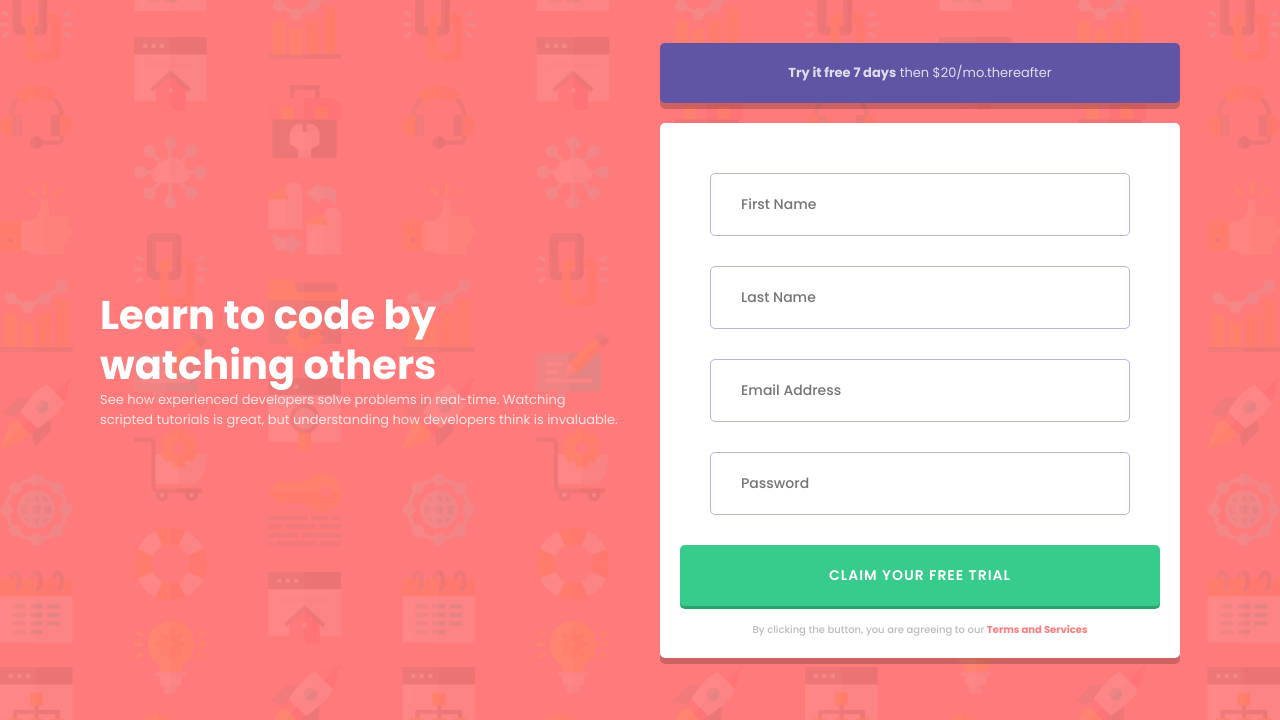
Repository: Akashiii1/WebSignup_Form_Day2
Page: index.html
These files come from the project's save history. The page is drawn as it stood at one moment and after the next save; the edit follows.
The browser window is 1280 px wide. The pictures show the whole page.

Above is the page before, as saved 2021-12-19 18:11:36.

After the next save:
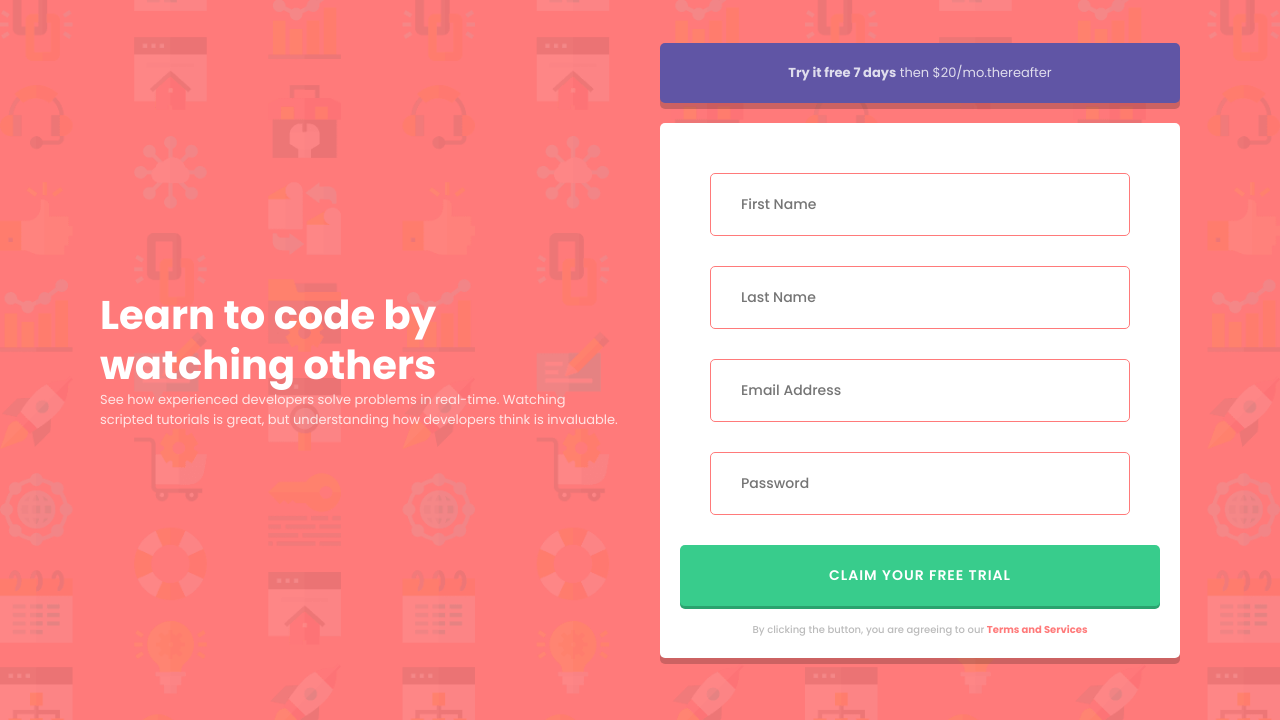
Saved 27 s later.
--- a/style.css
+++ b/style.css
@@ -152,6 +152,9 @@
   font-weight: 500;
   right: 0;
 }
+.form-control input{
+  border-color:  hsl(0, 100%, 74%) ;
+}
 @media (max-width:768px){
   h1,p{
     text-align: center;

After the save that followed:
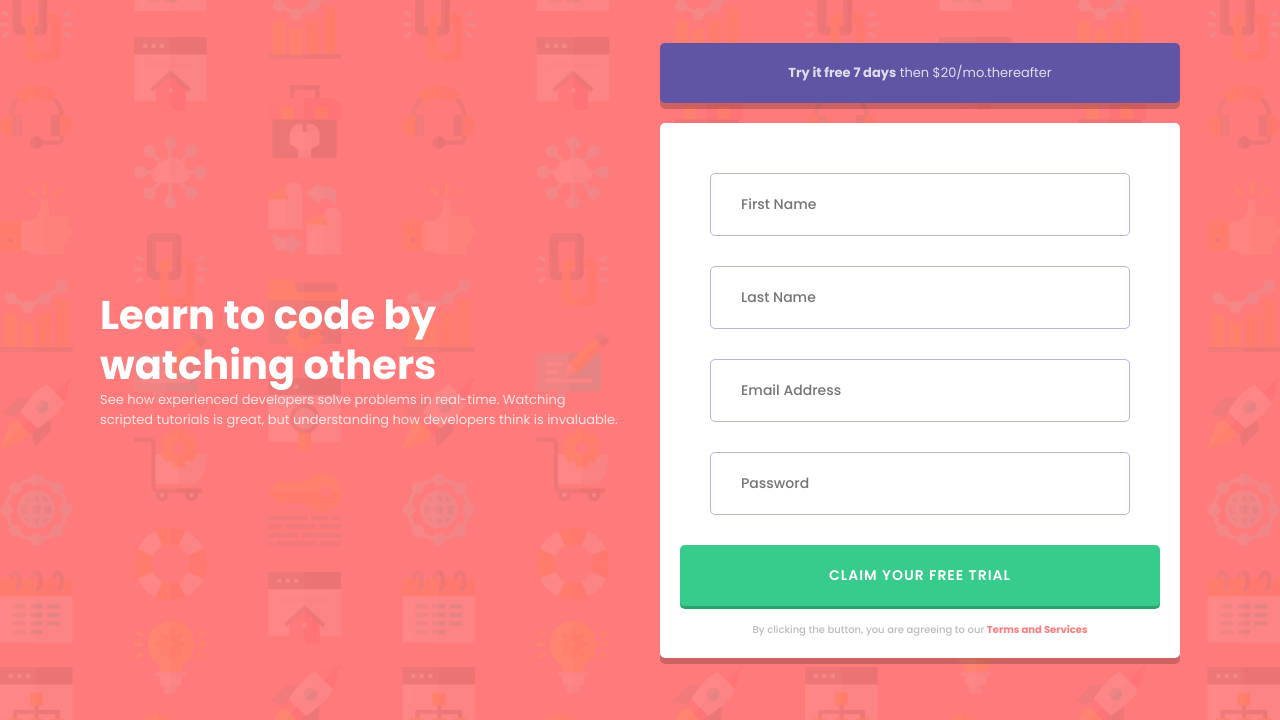
Saved 10 s later.
--- a/style.css
+++ b/style.css
@@ -152,7 +152,7 @@
   font-weight: 500;
   right: 0;
 }
-.form-control input{
+.form-control.error input{
   border-color:  hsl(0, 100%, 74%) ;
 }
 @media (max-width:768px){
